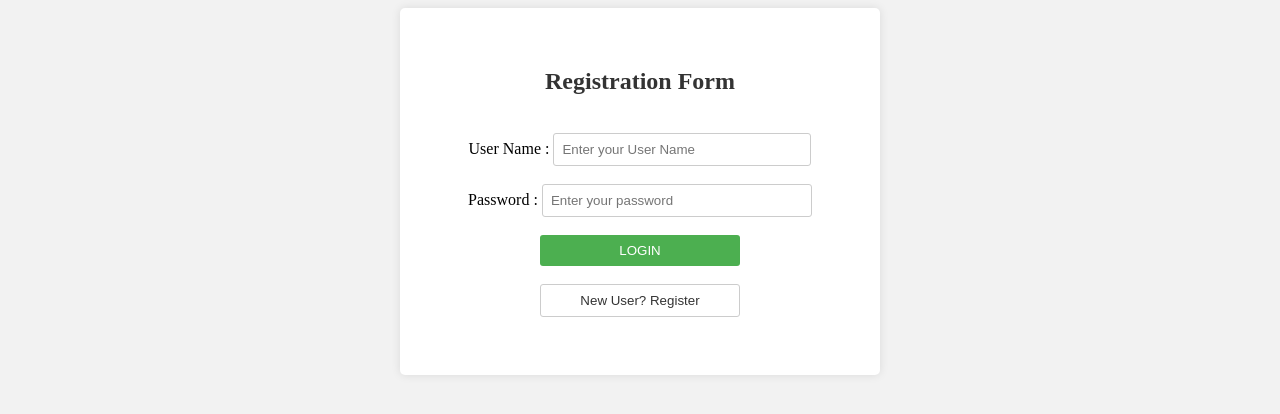
Repository: mansistic-0n3/Java_IGT
Page: Java Project/BankJSP/src/main/webapp/login.html
An editor plug-in stored every save of this project. The page is shown before and after the next save, followed by the edit.
The browser window is 1280 px wide. The pictures show the whole page.

Above is the page before, as saved 2023-06-28 18:47:45.

### Java Project/BankJSP/src/main/webapp/login.html
<!DOCTYPE html>
<html>
<head>
  <title>Login</title>
</head>
<body style="background-color: #f2f2f2; text-align:center;">
  <div style="max-width: 400px; margin: 0 auto; padding: 40px; background-color: #ffffff; border-radius: 5px; box-shadow: 0 0 10px rgba(0, 0, 0, 0.1);">
    <h2 style="text-align: center; color: #333333;">Registration Form</h2>
    <form action="register">
      <br>
        User Name : <input type="text" name="name" placeholder="Enter your User Name" style="width: 60%; padding: 8px; border-radius: 3px; border: 1px solid #cccccc;">
      <br><br>
        Password : <input type="password" name="pass" placeholder="Enter your password" style="width: 63%; padding: 8px; border-radius: 3px; border: 1px solid #cccccc;">
      <br><br>
        <button type="submit" style="width: 50%; padding: 8px; border-radius: 3px; border: none; background-color: #4CAF50; color: #ffffff; cursor: pointer;">LOGIN</button>
      </form><br><form action="login.html">
        <input type="submit" value="New User? Register" style="width: 50%; padding: 8px; border-radius: 3px; border: 1px solid #cccccc; background-color: #ffffff; color: #333333; cursor: pointer;">
      <br><br>
    </form>
  </div>
</body>
</html>

After the next save:
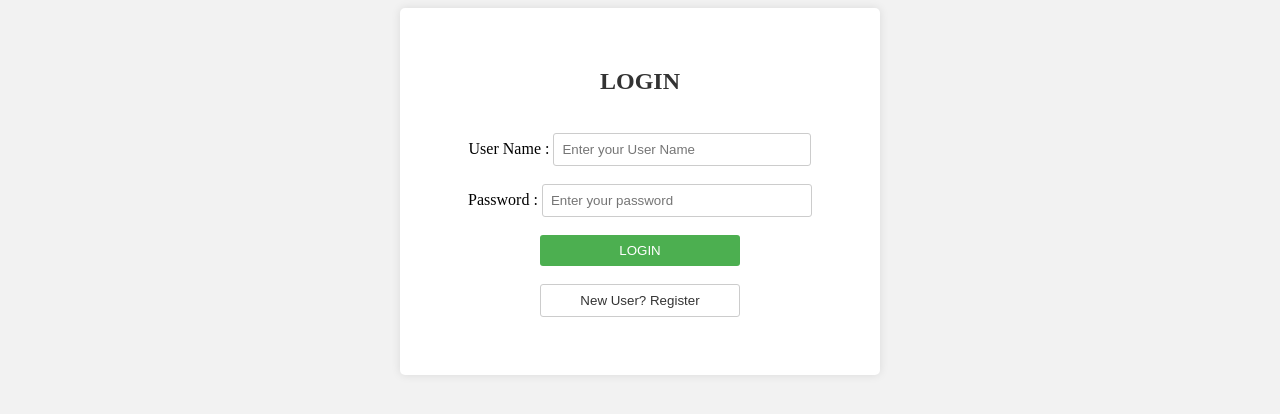
Saved 2 min 28 s later.
--- a/Java Project/BankJSP/src/main/webapp/login.html
+++ b/Java Project/BankJSP/src/main/webapp/login.html
@@ -5,7 +5,7 @@
 </head>
 <body style="background-color: #f2f2f2; text-align:center;">
   <div style="max-width: 400px; margin: 0 auto; padding: 40px; background-color: #ffffff; border-radius: 5px; box-shadow: 0 0 10px rgba(0, 0, 0, 0.1);">
-    <h2 style="text-align: center; color: #333333;">Registration Form</h2>
+    <h2 style="text-align: center; color: #333333;">LOGIN</h2>
     <form action="register">
       <br>
         User Name : <input type="text" name="name" placeholder="Enter your User Name" style="width: 60%; padding: 8px; border-radius: 3px; border: 1px solid #cccccc;">
@@ -13,7 +13,7 @@
         Password : <input type="password" name="pass" placeholder="Enter your password" style="width: 63%; padding: 8px; border-radius: 3px; border: 1px solid #cccccc;">
       <br><br>
         <button type="submit" style="width: 50%; padding: 8px; border-radius: 3px; border: none; background-color: #4CAF50; color: #ffffff; cursor: pointer;">LOGIN</button>
-      </form><br><form action="login.html">
+      </form><br><form action="regi.html">
         <input type="submit" value="New User? Register" style="width: 50%; padding: 8px; border-radius: 3px; border: 1px solid #cccccc; background-color: #ffffff; color: #333333; cursor: pointer;">
       <br><br>
     </form>
